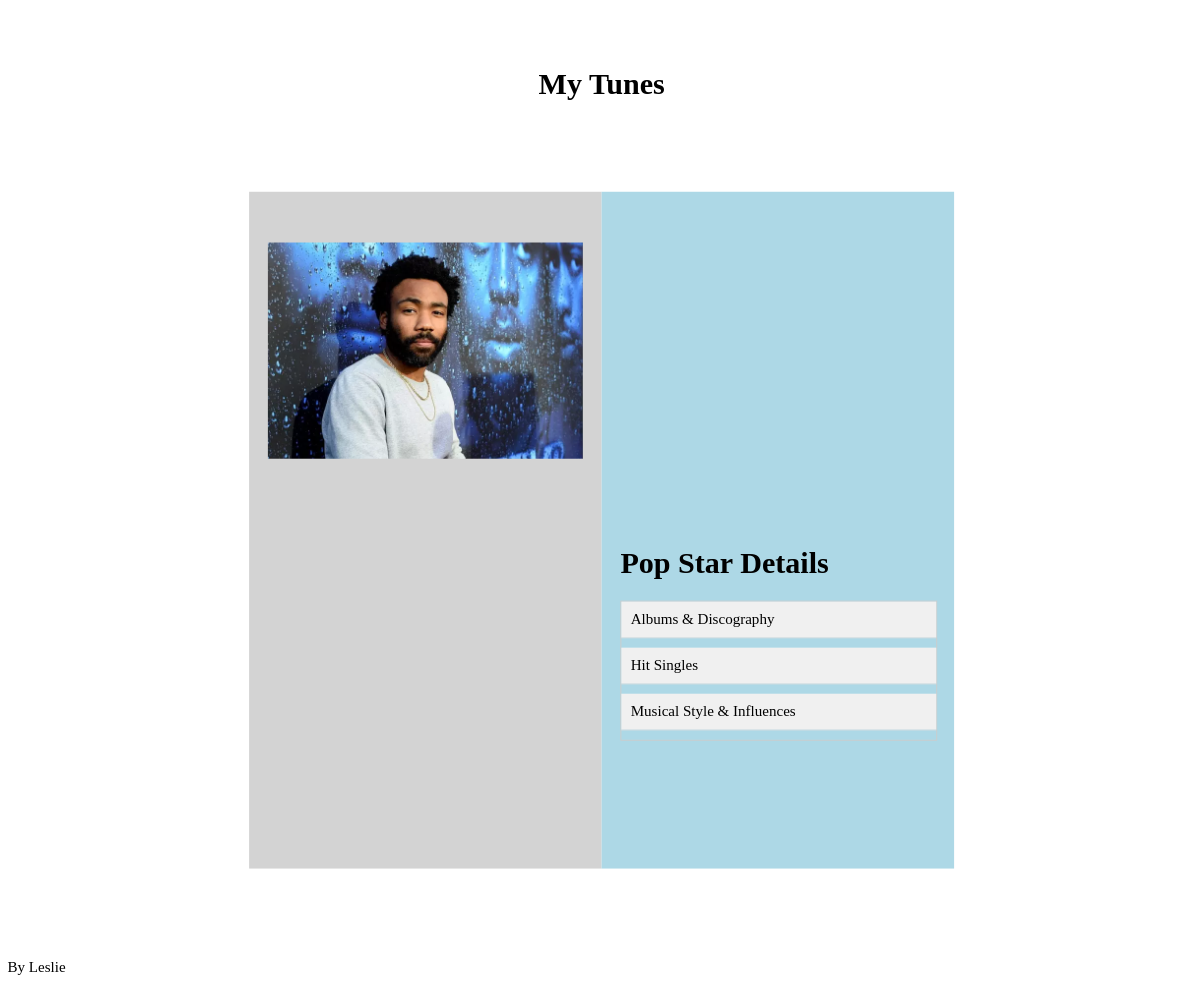
Repository: leslie179/labOne
Page: /
An editor plug-in stored every save of this project. The page is shown before and after a run of saves, followed by the edit.
The browser window is 1280 px wide. The pictures show the whole page, at 94% of full size.
The project was rebuilt for these pictures with package versions that can differ from the ones it lists, and the page was loaded fresh each time. The framework's server and built-in components were replaced by stand-ins that run in the browser. Also part of the build but not shown: next.config.js, components/Footer/Footer.module.css.

Above is the page before, as saved 2024-09-15 22:12:22.

After the next 2 saves:
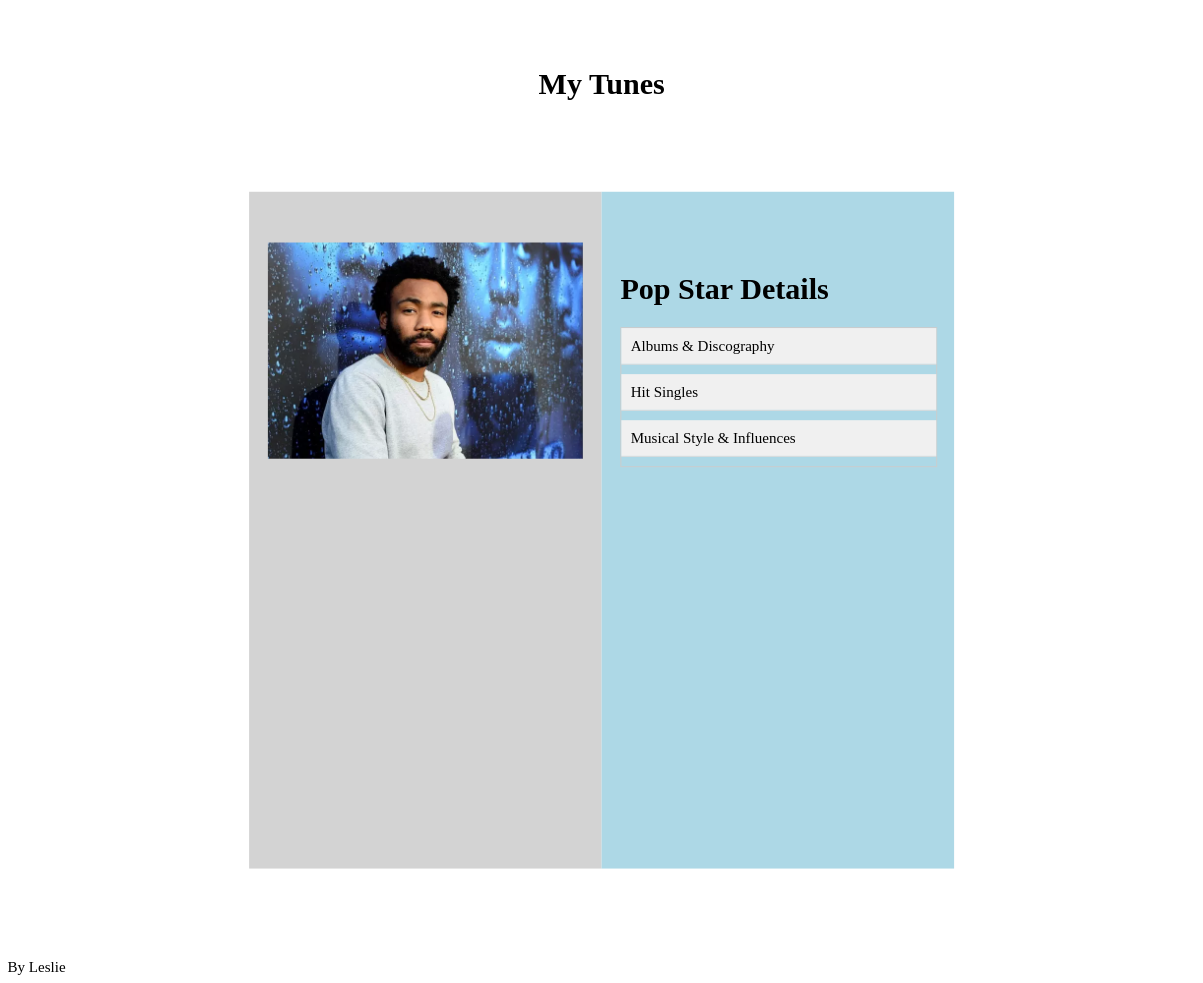
The 2 saves are shown as one change because they came seconds apart.
The last was saved 11 s later.
--- a/styles/Home.module.css
+++ b/styles/Home.module.css
@@ -29,5 +29,5 @@
 }
 
 .h1{
-  padding-top: 100%;
+  padding-top: 13%;
 }
